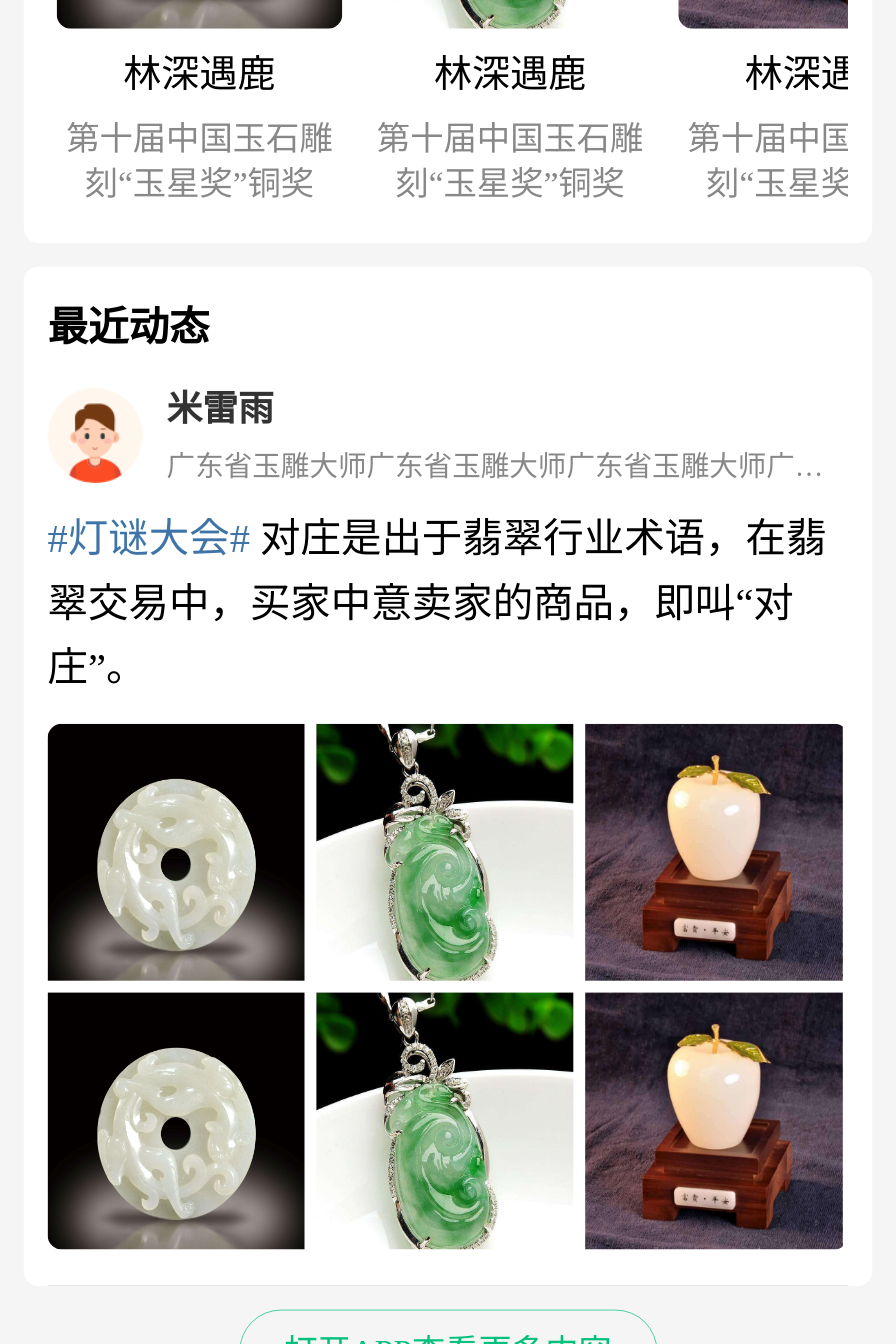
Repository: 1yanglulu/-
Page: html/jadecarvemaincenter.html
An editor plug-in stored every save of this project. The page is shown before and after the next save, followed by the edit.
The browser window is 1280 px wide. The pictures show the part of the page from y = 4580 to 6500 px (the page is 6810 px tall before and 6861 px after), at 70% of full size.

Above is the page before, as saved 2020-01-08 17:14:57.

After the next save:
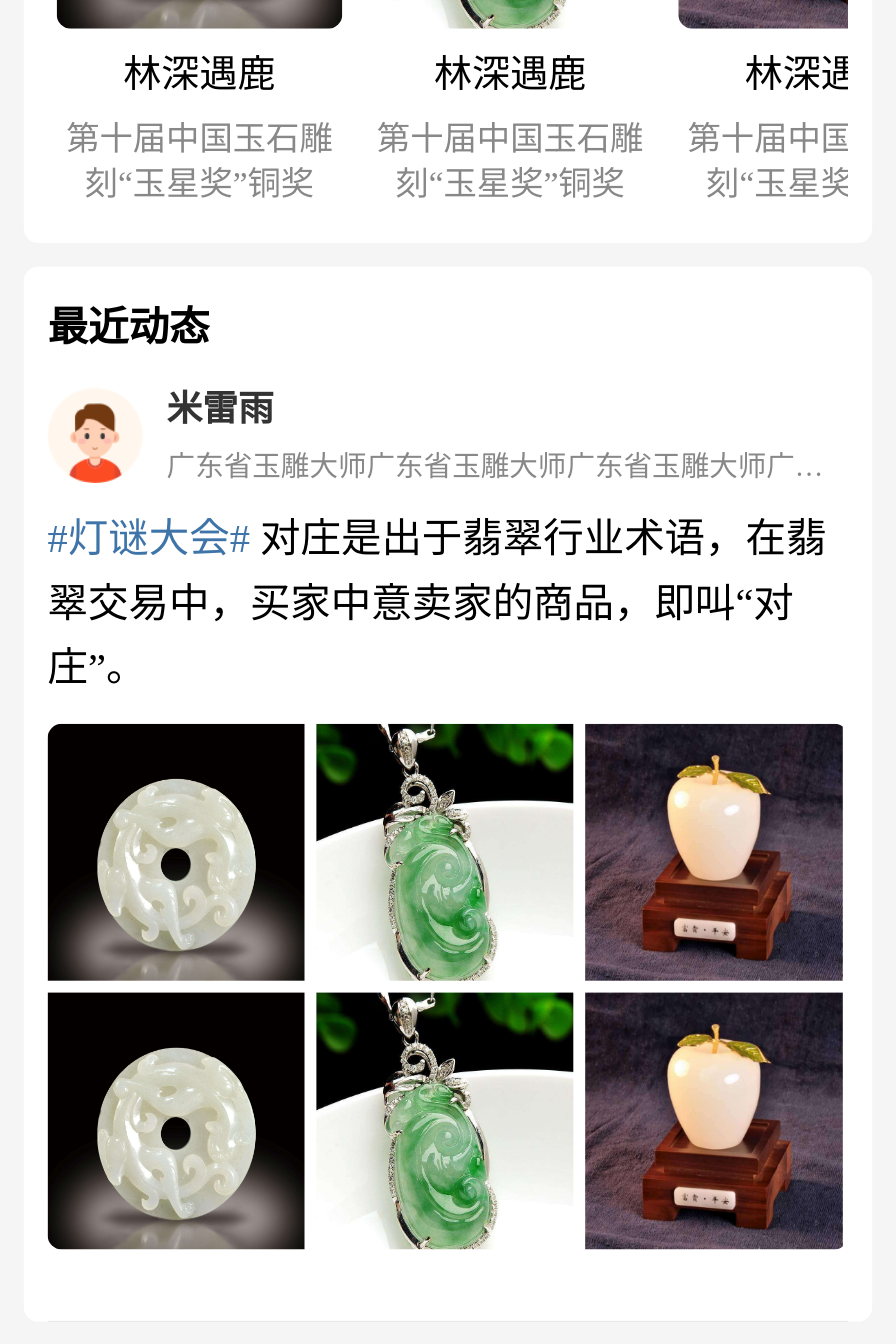
Saved 52 s later.
--- a/css/recentactive.css
+++ b/css/recentactive.css
@@ -71,6 +71,7 @@
 .recent-img-con{
   border-radius: .12rem;
   overflow: hidden;
+  margin-bottom: .3rem;
 }
 .recent-img-con-item{
   margin-right: .1rem;
@@ -92,6 +93,7 @@
   height: 4.05rem;
   position: relative;
   border-radius: .12rem;
+  margin-bottom: .3rem;
 }
 .recent-video video{
   width: 3rem;
